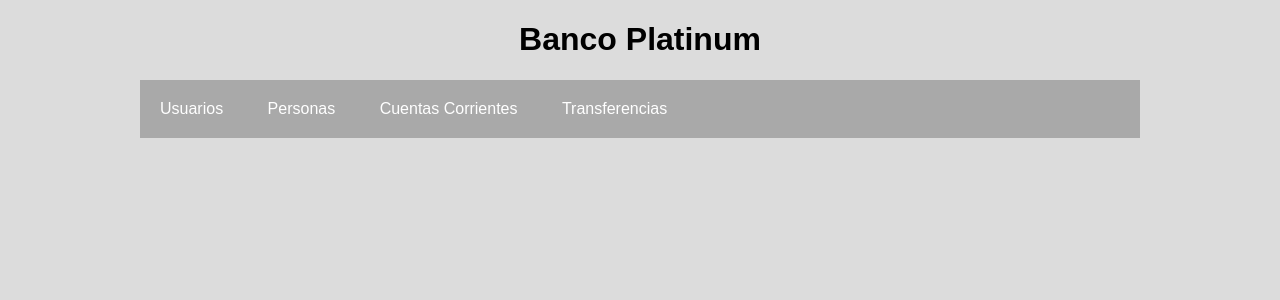
Repository: miguelalvarezcl/examen
Page: http://localhost/CtaCorriente/home.jsp
An editor plug-in stored every save of this project. The page is shown before and after the next save, followed by the edit.
The browser window is 1280 px wide. The pictures show the whole page.
The page is served by Tomcat 9. Other server files are loaded and not shown.

Above is the page before, as saved 2021-11-13 04:09:44.

### CtaCorriente/WebContent/home.jsp
<%@ page language="java" contentType="text/html; charset=utf-8"
    pageEncoding="utf-8"%>
<!DOCTYPE html>
<html>
<head>
<meta charset="utf-8">
<title>:::... Banco Platinum ...:::</title>
</head>
<body>
	<div style="text-align: center">
		<h1>Banco Platinum</h1>
	</div>
		<ul class="menu">
			<li><a href="http://localhost:49670/CtaCorriente/">Usuarios</a></li>
			<li><a href="http://localhost:49670/CtaCorriente/listPersonabd">Personas</a></li>
			<li><a href="http://localhost:49670/CtaCorriente/listCuentabd">Cuentas Corrientes</a></li>
			<li><a href="http://localhost:49670/CtaCorriente/listTransferencia">Transferencias</a></li>

		</ul>

</body>
</html>
<style>
body{
	font-family: arial, helvetica;
	background: #DCDCDC;
}


.menu{
	list-style: none;
	padding: 0;
	background: #A9A9A9;
	width: 100%;
	max-width: 1000px;
	margin: auto;
}

.menu li a{
	text-decoration: none;
	color: white;
	padding: 20px;
	display: block;
}

.menu li{
	display: inline-block;
	text-align: center;
}

.menu li a:hover{
	background: #C0C0C0;
}


</style>

After the next save:
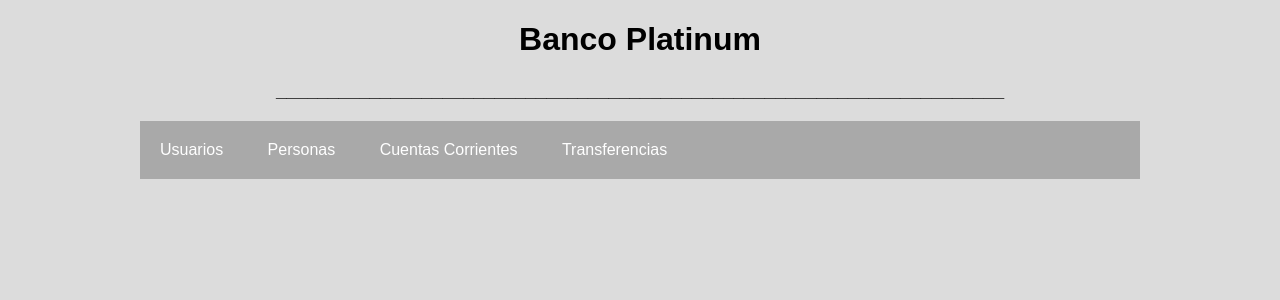
Saved 19 min 9 s later.
--- a/CtaCorriente/WebContent/home.jsp
+++ b/CtaCorriente/WebContent/home.jsp
@@ -9,6 +9,7 @@
 <body>
 	<div style="text-align: center">
 		<h1>Banco Platinum</h1>
+		<h3>______________________________________________________________________</h3>
 	</div>
 		<ul class="menu">
 			<li><a href="http://localhost:49670/CtaCorriente/">Usuarios</a></li>
